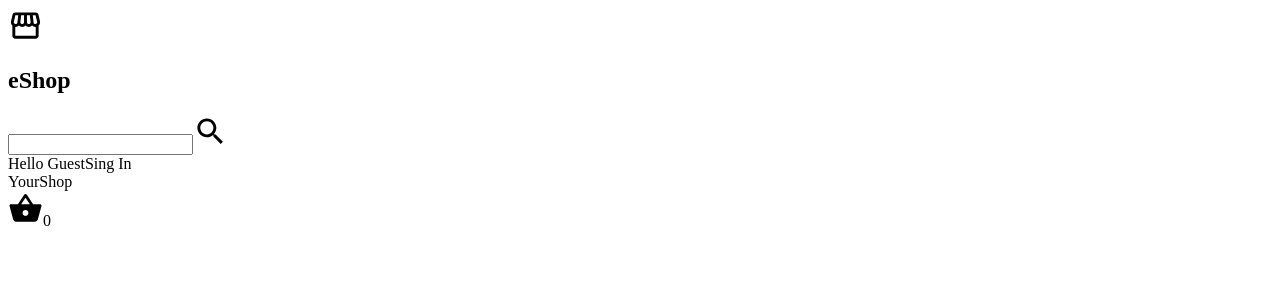
Repository: Mizaeldouglas/eshop-react
Page: /
These files come from the project's save history. The page is drawn as it stood at one moment and after the next save; the edit follows.
The browser window is 1280 px wide. The pictures show the whole page.
The project was rebuilt for these pictures with package versions that can differ from the ones it lists, and the page was loaded fresh each time. Also part of the build but not shown: src/App.css.

Above is the page before, as saved 2022-07-08 15:14:30.

### public/index.html
<!DOCTYPE html>
<html lang="pt-br">
  <head>
    <meta charset="utf-8" />
    <meta name="viewport" content="width=device-width, initial-scale=1" />
    <meta name="theme-color" content="#000000" />

    <title>E-Shop</title>
  </head>
  <body>
    <noscript>You need to enable JavaScript to run this app.</noscript>
    <div id="root"></div>
  </body>
</html>

### src/App.js
import './App.css';
import ShoppingBasketIcon from '@mui/icons-material/ShoppingBasket';
import StorefrontIcon from '@mui/icons-material/Storefront';
import SearchIcon from '@mui/icons-material/Search';

function App() {
  return (
    <div className="App">
      <div className='header__logo'>
		<StorefrontIcon  className='header__logoImage' fontSize="large"/>
		<h2 className="header__logoTitle">eShop</h2>
	  </div>
	  <div className="header__search">
		<input type="text" className='header__seachInput' />
		<SearchIcon fontSize="large" />
	  </div>
	  <div className="header__nav">
		<div className="nav__item">
			<span className="nav__itemLineOne">Hello Guest</span>
			<span className="nav__itemLineTwo">Sing In</span>
		</div>
		<div className="nav__item">
		<span className="nav__itemLineOne">Your</span>
			<span className="nav__itemLineTwo">Shop</span>
		</div>
		<div className="nav__item">
		<ShoppingBasketIcon fontSize="large" />
			<span className="nav__itemLineTwo">0</span>
		</div>
	  </div>

    </div>
  );
}

export default App;

Loaded but not shown: src/index.js (common file)

After the next save:
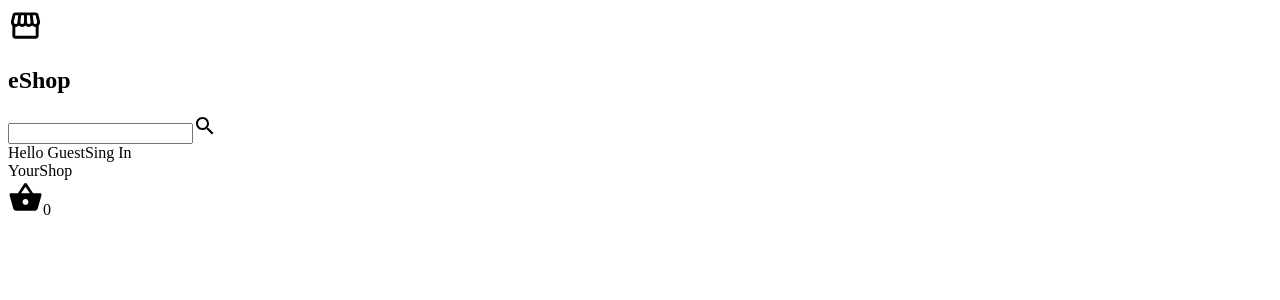
Saved 54 s later.
--- a/src/App.js
+++ b/src/App.js
@@ -12,7 +12,7 @@
 	  </div>
 	  <div className="header__search">
 		<input type="text" className='header__seachInput' />
-		<SearchIcon fontSize="large" />
+		<SearchIcon className='header__searchIcon' />
 	  </div>
 	  <div className="header__nav">
 		<div className="nav__item">
